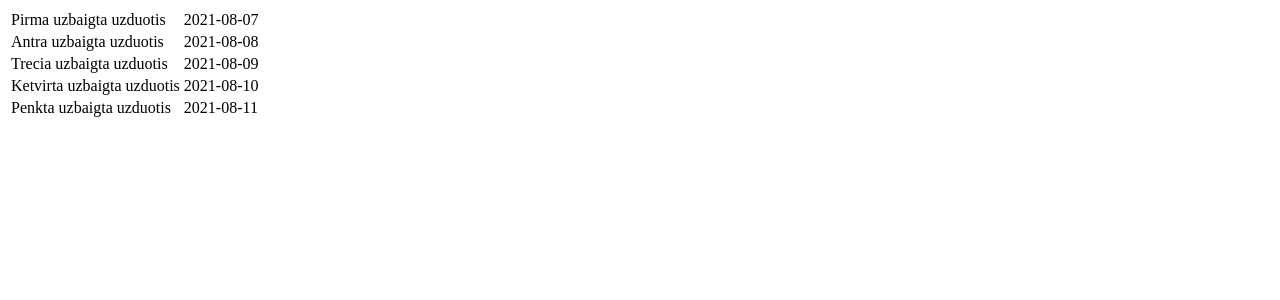
Repository: motiejus1/10-paskaita-PHP-05.31
Page: http://localhost/
These files come from the project's save history. The page is drawn as it stood at one moment and after the next save; the edit follows.
The browser window is 1280 px wide. The pictures show the whole page.
The page is run by PHP 8.4 with error messages shown; the project is at /var/www/html/.

Above is the page before, as saved 2021-08-07 11:57:49.

After the next save:
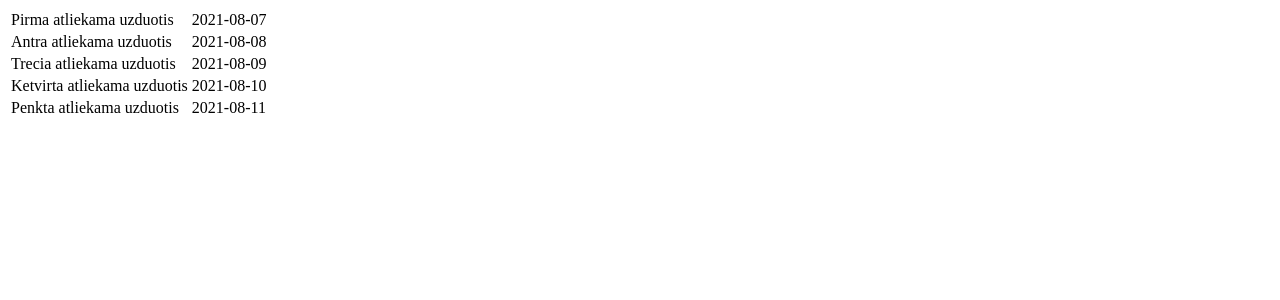
Saved 58 s later.
--- a/index.php
+++ b/index.php
@@ -77,7 +77,7 @@ $uzbaigtos = array(
 
 echo "<table>";
 
-foreach ($uzbaigtos as $eilute)
+foreach ($atliekamos as $eilute)
 {
     echo "<tr>";
     foreach($eilute as $stulpelis) {
